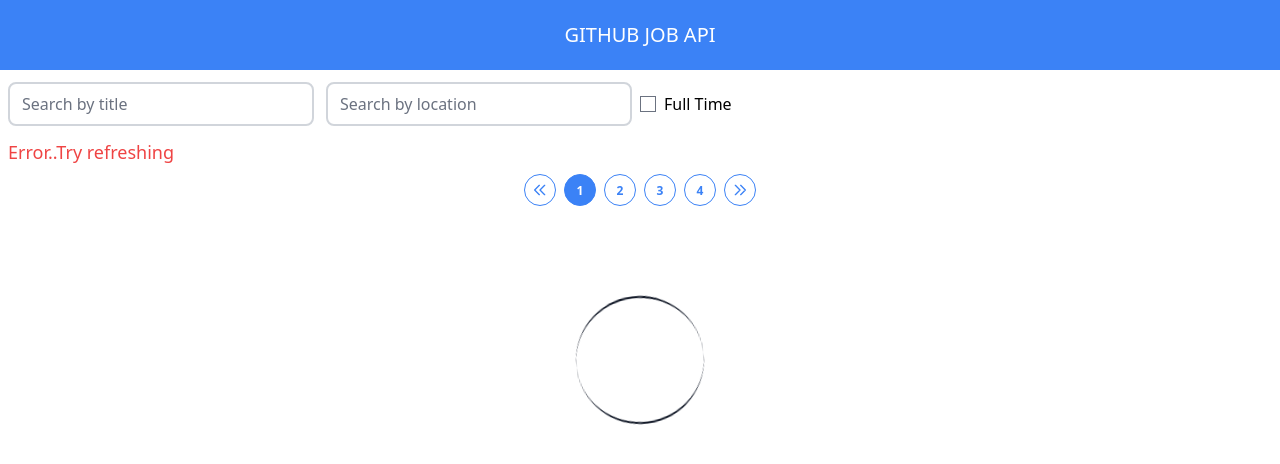
Repository: ShamroOoz/Github-job-api-React-Tailwind
Page: /
An editor plug-in stored every save of this project. The page is shown before and after the next save, followed by the edit.
The browser window is 1280 px wide. The pictures show the whole page.
The page's requests for data from a server got no answer. The project was rebuilt for these pictures with package versions that can differ from the ones it lists, and the page was loaded fresh each time. No one was signed in, and anything a server would have sent is missing. Also part of the build but not shown: craco.config.js, src/components/Reducer/Job.js.

Above is the page before, as saved 2021-03-21 17:54:38.

### src/index.css
@tailwind base;
@tailwind components;
@tailwind utilities;

.text-style {
  @apply w-3/5 outline-none border-0 focus:ring-2 ring-indigo-600 border-2 border-gray-300 rounded-lg placeholder-gray-500 placeholder-opacity-100;
}

### src/App.js
import { useState } from "react";
import { useFetch } from "./components/Hooks/useFetch";
import NavBar from "./components/NavBar";
import SearchForm from "./components/SearchForm";
import Pagination from "./components/Pagination";
import Job from "./components/Reducer/Job";
import Spinner from "./components/Spinner";

function App() {
  const [params, setparam] = useState({});
  const [page, setpage] = useState(1);
  const { jobs, loading, error } = useFetch(params, page);

  const handleparamchange = (e) => {
    setpage(1);
    let param = e.target.name;
    let value = e.target.value;
    setparam((prevparams) => {
      return { ...prevparams, [param]: value };
    });
  };

  return (
    <>
      <NavBar />
      <SearchForm handleparamchange={handleparamchange} params={params} />
      <div className="px-2">
        {loading && <Spinner />}
        {error && (
          <div className="text-lg text-red-500">Error..Try refreshing</div>
        )}
        <div>
          {jobs &&
            jobs.map((job) => (
              <li className="leading-7 text-xl" key={job.id}>
                {job.title}
              </li>
            ))}
        </div>
      </div>
      {/* <Job /> */}

      <Pagination />
    </>
  );
}

export default App;

### src/components/Hooks/useFetch.js
import { useReducer, useEffect } from "react";
import axios from "axios";
import { reducer, ACTIONS } from "../Reducer/Reduce";

//
const { MAKE_REQUEST, GET_DATA, ERROR } = ACTIONS;
const BASE_URL = "jsonplaceholder.com/user";
//"https://secret-ocean-49799.herokuapp.com/https://jobs.github.com/positions.json";

const initialState = {
  jobs: [],
  loading: false,
  error: false,
};

export const useFetch = (params, page) => {
  const [state, dispatch] = useReducer(reducer, initialState);

  //useeffect hook to get data

  useEffect(() => {
    const cancelToken = axios.CancelToken.source();
    dispatch({ type: MAKE_REQUEST, payload: "" });
    axios
      .get(BASE_URL, {
        cancelToken: cancelToken.token,
        params: {
          markdown: true,
          page: page,
          ...params,
        },
      })
      .then((res) => {
        dispatch({ type: GET_DATA, payload: res.data });
        console.log(res.data);
      })
      .catch((err) => {
        if (axios.isCancel(err)) return;
        dispatch({ type: ERROR, payload: err });
      });
    //clean up
    return () => {
      cancelToken.cancel();
    };
  }, [page, params]);

  return state;
};

### src/components/NavBar.js
import React from "react";

const NavBar = () => {
  return (
    <nav className="relative flex flex-wrap items-center justify-center px-2 py-3 navbar-expand-lg bg-blue-500 ">
      <h2 className=" inline-block py-2 whitespace-no-wrap uppercase text-xl font-normal leading-normal  text-white">
        Github Job Api
      </h2>
    </nav>
  );
};

export default NavBar;

### src/components/SearchForm.js
import React from "react";

const SearchForm = ({ handleparamchange, params }) => {
  return (
    <form>
      <div className="grid grid-cols-2  ">
        <div className="py-3 px-2 flex space-x-3 ">
          <input
            className="text-style"
            type="text"
            placeholder={`Search by title `}
            name="description"
            value={params.description || ""}
            onChange={handleparamchange}
          />
          <input
            className="text-style"
            type="text"
            placeholder={`Search by location`}
            name="location"
            value={params.location || ""}
            onChange={handleparamchange}
          />
        </div>
        <div className="flex">
          <label className="flex items-center">
            <input
              type="checkbox"
              value={params.full_time || ""}
              onChange={handleparamchange}
            />
            <span className="ml-2">Full Time </span>
          </label>
        </div>
      </div>
    </form>
  );
};

export default SearchForm;

### src/components/Pagination.js
import React from "react";

const Pagination = () => {
  return (
    <nav className="block py-2 flex justify-center ">
      <ul className="flex pl-0 rounded list-none flex-wrap">
        <li>
          <a
            href="#pablo"
            className="first:ml-0 text-xs font-semibold flex w-8 h-8 mx-1 p-0 rounded-full items-center justify-center leading-tight relative border border-solid border-blue-500 bg-white text-blue-500"
          >
            <svg
              xmlns="http://www.w3.org/2000/svg"
              fill="none"
              viewBox="0 0 24 24"
              stroke="currentColor"
              className="w-4"
            >
              <path
                strokeLinecap="round"
                strokeLinejoin="round"
                strokeWidth="2"
                d="M11 19l-7-7 7-7m8 14l-7-7 7-7"
              />
            </svg>
          </a>
        </li>
        <li>
          <a
            href="#pablo"
            className="first:ml-0 text-xs font-semibold flex w-8 h-8 mx-1 p-0 rounded-full items-center justify-center leading-tight relative border border-solid border-blue-500 text-white bg-blue-500"
          >
            1
          </a>
        </li>
        <li>
          <a
            href="#pablo"
            className="first:ml-0 text-xs font-semibold flex w-8 h-8 mx-1 p-0 rounded-full items-center justify-center leading-tight relative border border-solid border-blue-500 bg-white text-blue-500"
          >
            2
          </a>
        </li>
        <li>
          <a
            href="#pablo"
            className="first:ml-0 text-xs font-semibold flex w-8 h-8 mx-1 p-0 rounded-full items-center justify-center leading-tight relative border border-solid border-blue-500 bg-white text-blue-500"
          >
            3
          </a>
        </li>
        <li>
          <a
            href="#pablo"
            className="first:ml-0 text-xs font-semibold flex w-8 h-8 mx-1 p-0 rounded-full items-center justify-center leading-tight relative border border-solid border-blue-500 bg-white text-blue-500"
          >
            4
          </a>
        </li>

        <li>
          <a
            href="#pablo"
            className="first:ml-0 text-xs font-semibold flex w-8 h-8 mx-1 p-0 rounded-full items-center justify-center leading-tight relative border border-solid border-blue-500 bg-white text-blue-500"
          >
            <svg
              xmlns="http://www.w3.org/2000/svg"
              fill="none"
              viewBox="0 0 24 24"
              stroke="currentColor"
              className="w-4"
            >
              <path
                strokeLinecap="round"
                strokeLinejoin="round"
                strokeWidth="2"
                d="M13 5l7 7-7 7M5 5l7 7-7 7"
              />
            </svg>
          </a>
        </li>
      </ul>
    </nav>
  );
};

export default Pagination;

### src/components/Spinner.js
const Spinner = () => {
  return (
    <div class="fixed top-0 right-0 h-screen w-screen z-50 flex justify-center items-center">
      <div class="animate-spin rounded-full h-32 w-32 border-t-2 border-b-2 border-gray-900"></div>
    </div>
  );
};

export default Spinner;

### src/components/Reducer/Reduce.js
export const ACTIONS = {
  MAKE_REQUEST: "MAKE_REQUEST",
  GET_DATA: "GET_DATA",
  ERROR: "ERROR",
};

export const reducer = (state, action) => {
  switch (action.type) {
    case ACTIONS.MAKE_REQUEST:
      return { ...state, loading: true };
    case ACTIONS.GET_DATA:
      return {
        ...state,
        loading: false,
        jobs: action.payload,
      };
    case ACTIONS.ERROR:
      return { ...state, error: true };
    default:
      return state;
  }
};

### src/components/Alert.js
import React, { useState } from "react";

const Alert = ({ color }) => {
  const [showAlert, setShowAlert] = useState(true);
  return (
    <>
      {showAlert ? (
        <div
          className={
            "text-white px-6 py-4 border-0 rounded relative mb-4 bg-" +
            color +
            "-500"
          }
        >
          <span className="text-xl inline-block mr-5 align-middle">
            <i className="fas fa-bell" />
          </span>
          <span className="inline-block align-middle mr-8">
            <b className="capitalize">{color}!</b> This is a {color} alert -
            check it out!
          </span>
          <button
            className="absolute bg-transparent text-2xl font-semibold leading-none right-0 top-0 mt-4 mr-6 outline-none focus:outline-none"
            onClick={() => setShowAlert(false)}
          >
            <span>×</span>
          </button>
        </div>
      ) : null}
    </>
  );
};

export default Alert;

Loaded but not shown: public/index.html (common file); src/index.js (common file); tailwind.config.js (common file)

After the next save:
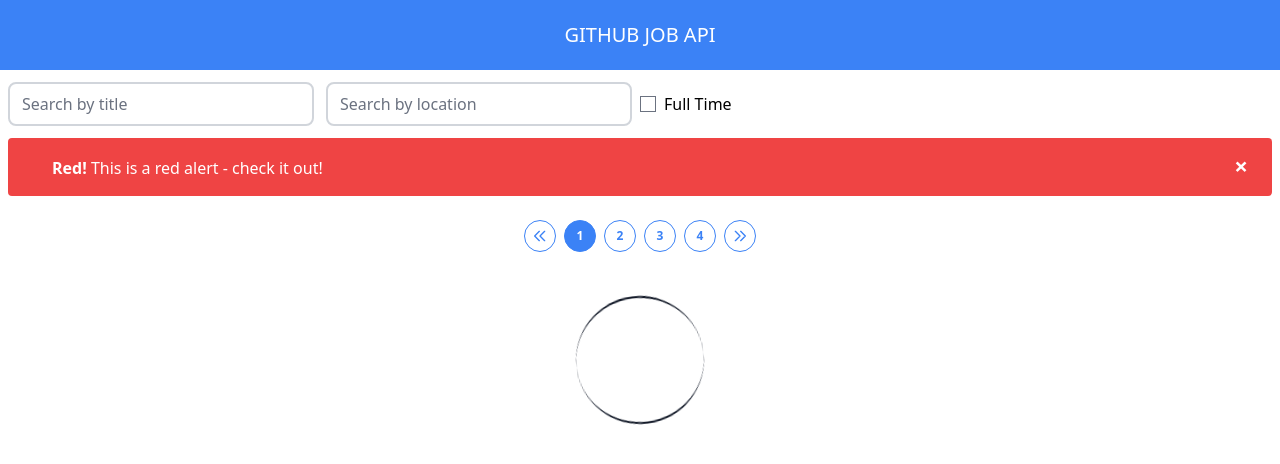
Saved 47 s later.
--- a/src/App.js
+++ b/src/App.js
@@ -5,6 +5,7 @@
 import Pagination from "./components/Pagination";
 import Job from "./components/Reducer/Job";
 import Spinner from "./components/Spinner";
+import Alert from "./components/Alert";
 
 function App() {
   const [params, setparam] = useState({});
@@ -26,9 +27,7 @@
       <SearchForm handleparamchange={handleparamchange} params={params} />
       <div className="px-2">
         {loading && <Spinner />}
-        {error && (
-          <div className="text-lg text-red-500">Error..Try refreshing</div>
-        )}
+        {error && <Alert color="red" />}
         <div>
           {jobs &&
             jobs.map((job) => (
